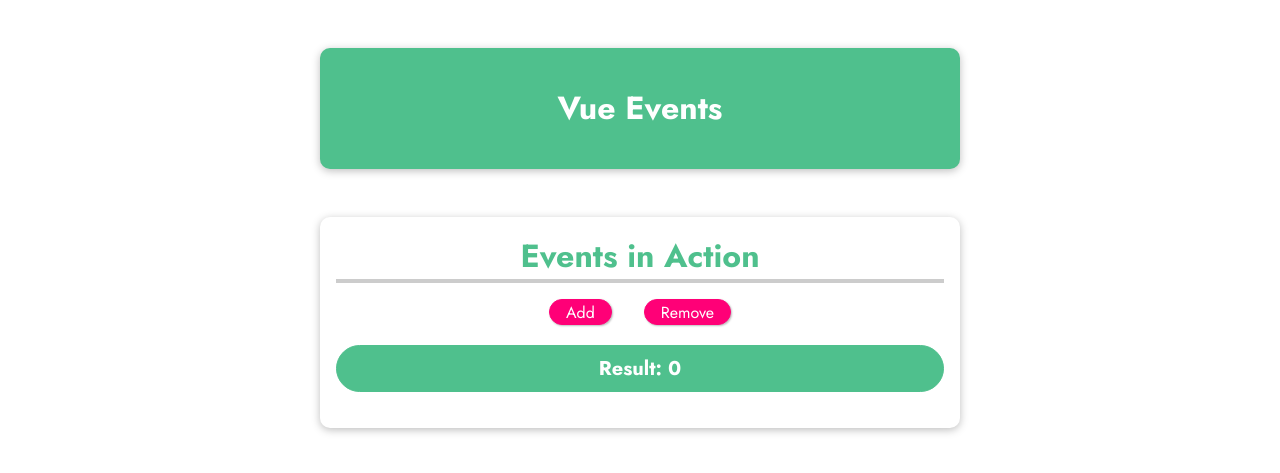
Repository: zmarkoni/Vue-The-Complete-Guide
Page: basics-03-events-starting-code/index.html
An editor plug-in stored every save of this project. The page is shown before and after a run of saves, followed by the edit.
The browser window is 1280 px wide. The pictures show the whole page.

Above is the page before, as saved 2020-12-29 17:31:55.

### basics-03-events-starting-code/index.html
<!DOCTYPE html>
<html lang="en">
  <head>
    <meta charset="UTF-8" />
    <meta name="viewport" content="width=device-width, initial-scale=1.0" />
    <title>Vue Basics</title>
    <link
      href="https://fonts.googleapis.com/css2?family=Jost:wght@400;700&display=swap"
      rel="stylesheet"
    />
    <link rel="stylesheet" href="styles.css" />
    <script src="https://unpkg.com/vue@next" defer></script>
    <script src="app.js" defer></script>
  </head>
  <body>
    <header>
      <h1>Vue Events</h1>
    </header>
    <section id="events">
      <h2>Events in Action</h2>
      <button v-on:click="counter++">Add</button>
      <button>Remove</button>
      <p>Result: {{ counter }}</p>
    </section>
  </body>
</html>

### basics-03-events-starting-code/styles.css
* {
  box-sizing: border-box;
}

html {
  font-family: 'Jost', sans-serif;
}

body {
  margin: 0;
}

header {
  box-shadow: 0 2px 8px rgba(0, 0, 0, 0.26);
  margin: 3rem auto;
  border-radius: 10px;
  padding: 1rem;
  background-color: #4fc08d;
  color: white;
  text-align: center;
  width: 90%;
  max-width: 40rem;
}

#events {
  box-shadow: 0 2px 8px rgba(0, 0, 0, 0.26);
  margin: 3rem auto;
  border-radius: 10px;
  padding: 1rem;
  text-align: center;
  width: 90%;
  max-width: 40rem;
}

#events h2 {
  font-size: 2rem;
  border-bottom: 4px solid #ccc;
  color: #4fc08d;
  margin: 0 0 1rem 0;
}

#events p {
  font-size: 1.25rem;
  font-weight: bold;
  border: 1px solid #4fc08d;
  background-color: #4fc08d;
  color: white;
  padding: 0.5rem;
  border-radius: 25px;
}

#events input {
  font: inherit;
  border: 1px solid #ccc;
}

#events input:focus {
  outline: none;
  border-color: #1b995e;
  background-color: #d7fdeb;
}

#events button {
  font: inherit;
  cursor: pointer;
  border: 1px solid #ff0077;
  background-color: #ff0077;
  color: white;
  padding: 0.05rem 1rem;
  box-shadow: 1px 1px 2px rgba(0, 0, 0, 0.26);
  border-radius: 20px;
  margin: 0 1rem;
}

#events button:hover,
#events button:active {
  background-color: #ec3169;
  border-color: #ec3169;
  box-shadow: 1px 1px 4px rgba(0, 0, 0, 0.26);
}

Loaded but not shown: basics-03-events-starting-code/app.js (common file)

After the next 2 saves:
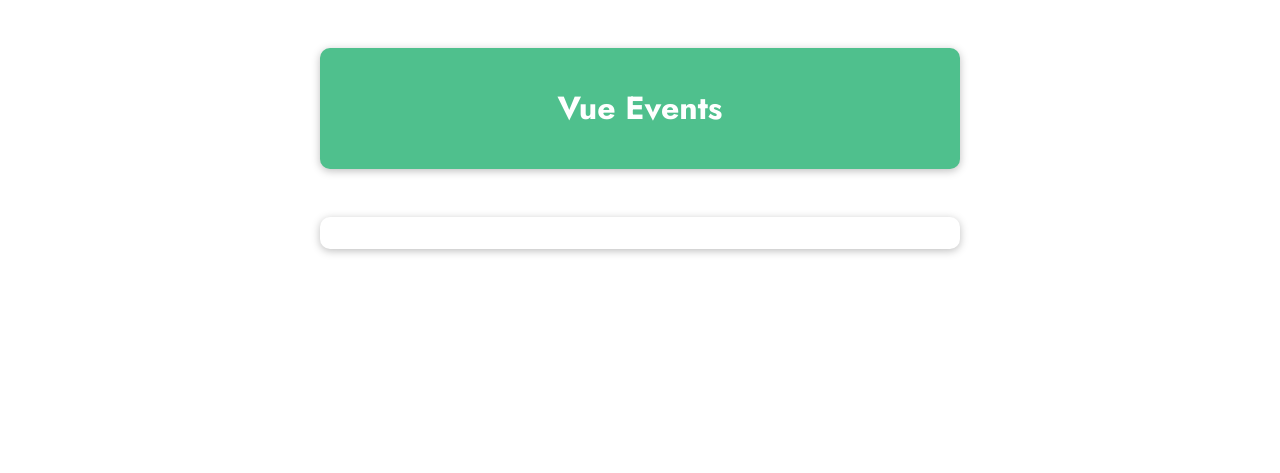
Console error: SyntaxError: Unexpected token ','
The 2 saves are shown as one change because they came seconds apart.
The last was saved 7 s later.
--- a/basics-03-events-starting-code/index.html
+++ b/basics-03-events-starting-code/index.html
@@ -19,7 +19,7 @@
     <section id="events">
       <h2>Events in Action</h2>
       <button v-on:click="counter++">Add</button>
-      <button>Remove</button>
+      <button v-on>Remove</button>
       <p>Result: {{ counter }}</p>
     </section>
   </body>

After the 5 saves that followed:
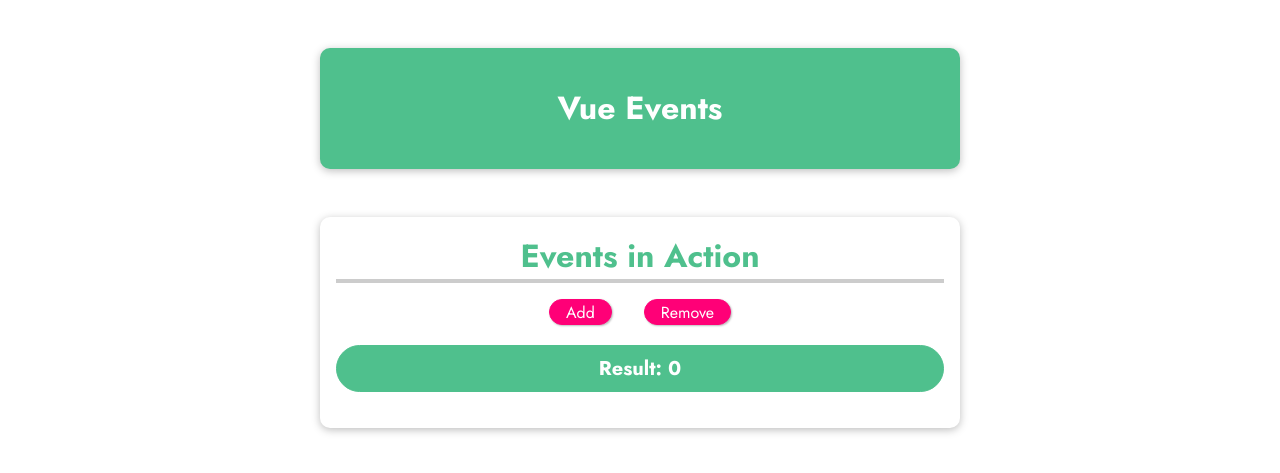
The error is gone.
The 5 saves are shown as one change because they came seconds apart.
The last was saved 12 s later.
--- a/basics-03-events-starting-code/index.html
+++ b/basics-03-events-starting-code/index.html
@@ -19,7 +19,7 @@
     <section id="events">
       <h2>Events in Action</h2>
       <button v-on:click="counter++">Add</button>
-      <button v-on>Remove</button>
+      <button v-on:click="counter--">Remove</button>
       <p>Result: {{ counter }}</p>
     </section>
   </body>
